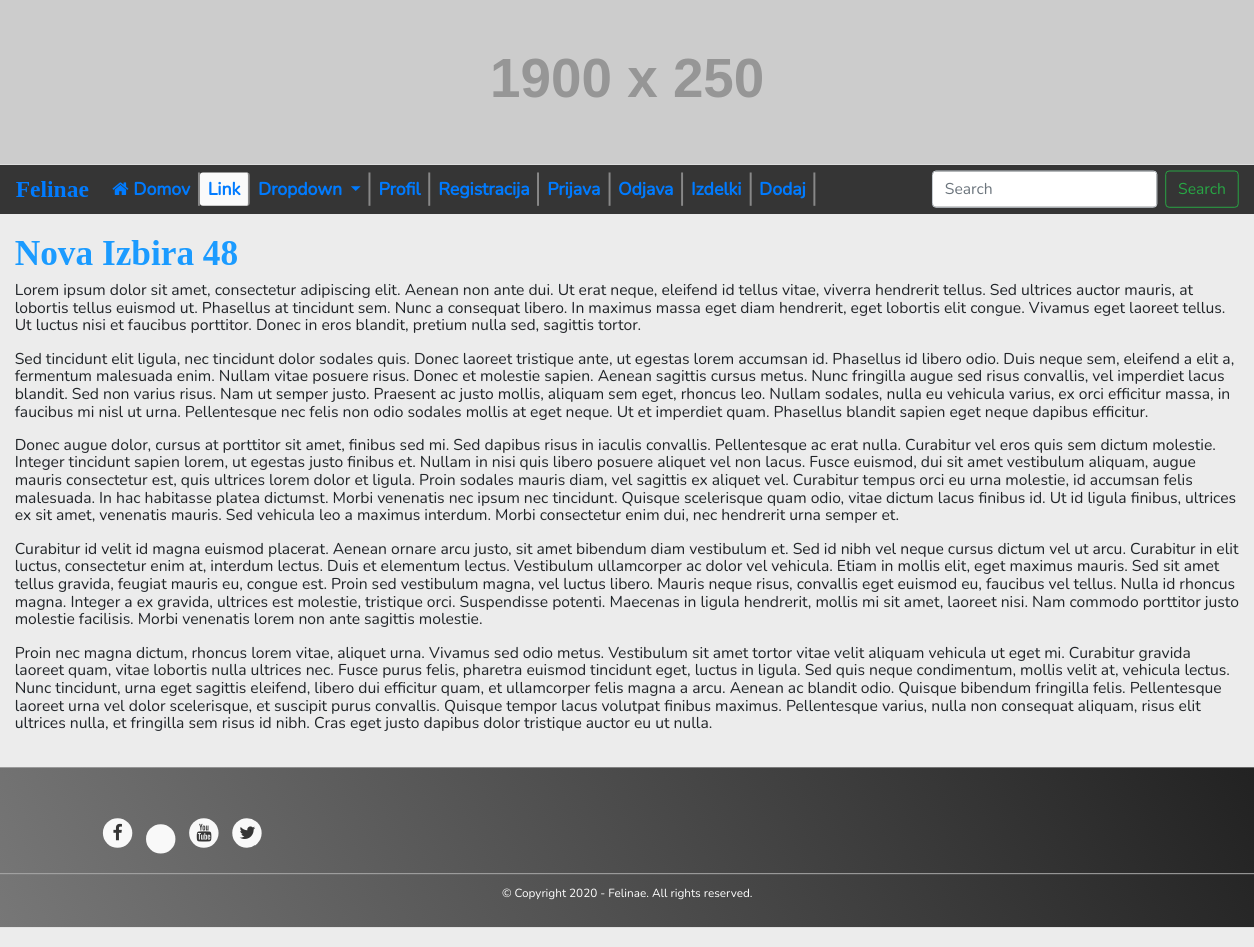
Repository: UrbyK/Felinae
Page: http://localhost/index.php?page=home
The author's editor kept a copy of each file at every save. The page is drawn from the files as they stood at one save, then again after the next save.
The browser window is 1280 px wide. The pictures show the whole page, at 98% of full size.
Some web fonts or font styles are not loaded; a fallback is used. The page is run by PHP 8.4 with error messages shown; the project is at /var/www/html/.

Above is the page before, as saved 2020-08-29 19:21:11.

After the next save:
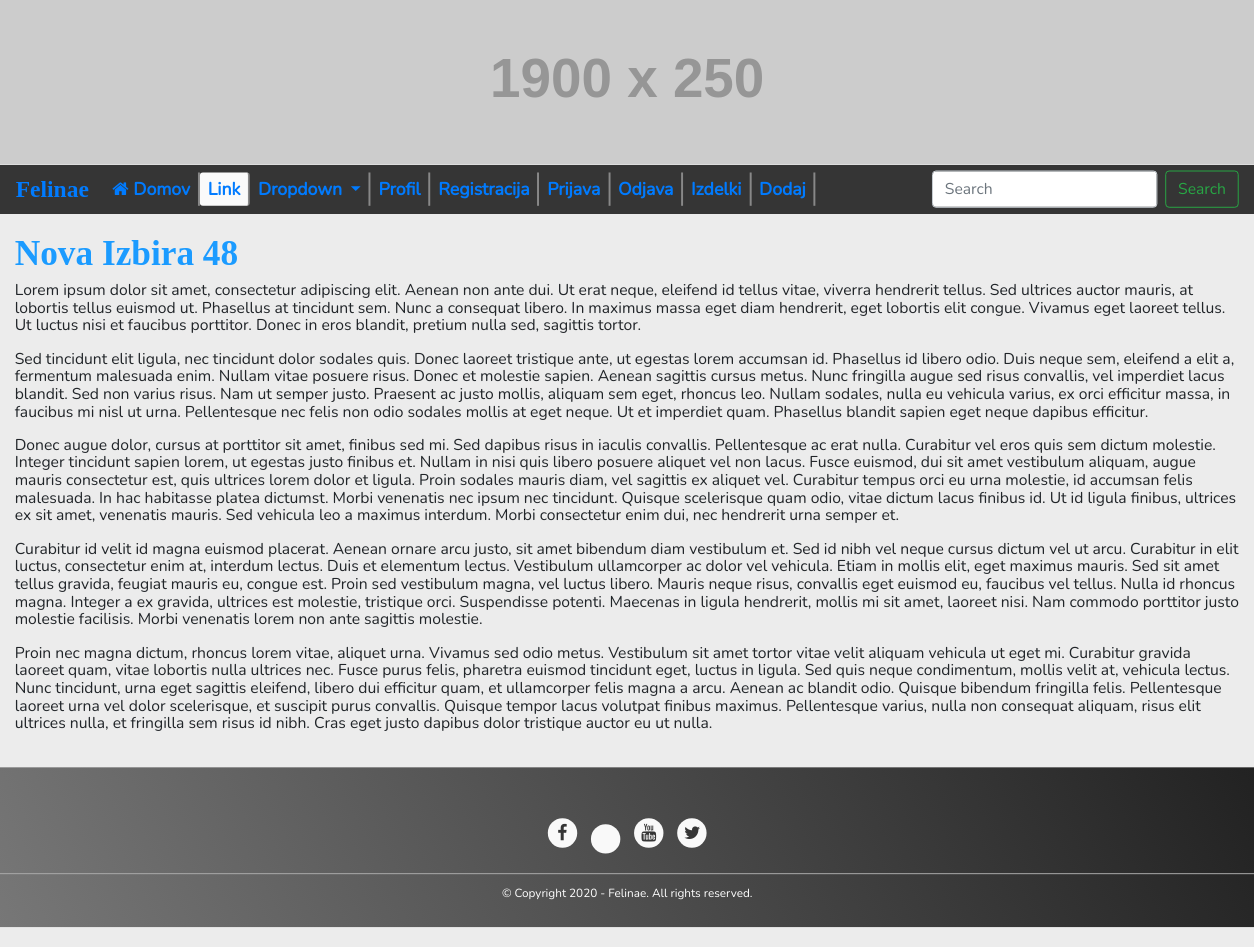
Saved 20 s later.
--- a/footer.php
+++ b/footer.php
@@ -3,7 +3,7 @@
         <footer class="page-footer font-small flow-footer" id="footer" role="contentinfo">
             <div class="footer-wrapper">
                 <div class="container container-footer">
-                    <div class="row">
+                    <div class="row text-center">
                         <div class="col-12">
                             <ul class="social-network social-circle">
                                 <li><a href="https://www.facebook.com" target="_blank" class="icoFacebook" title="Facebook"><i class="fa fa-facebook-f"></i></a></li>
